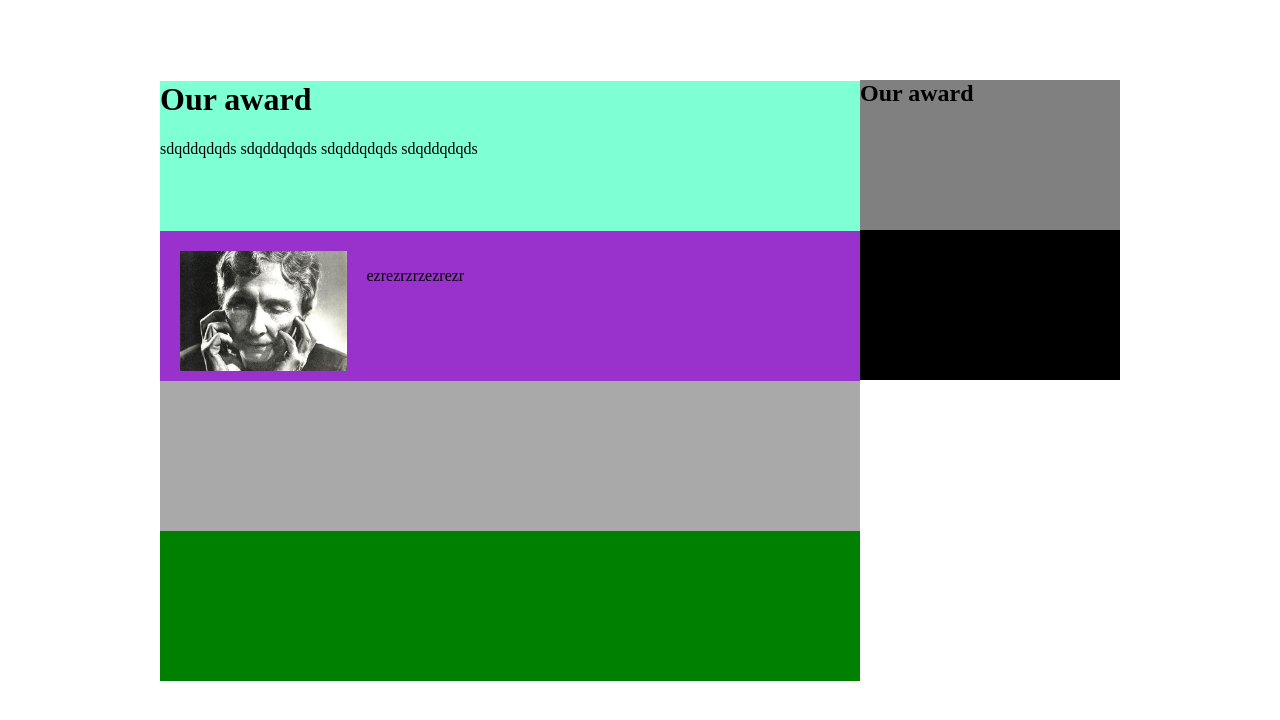
Repository: Luc010/Exercices
Page: HTML CSS/cours/float3.html
These files come from the project's save history. The page is drawn as it stood at one moment and after a run of saves; the edit follows.
The browser window is 1280 px wide. The pictures show the whole page.

Above is the page before, as saved 2019-09-05 11:44:58.

### HTML CSS/cours/float3.html
<!DOCTYPE html>
<html lang="en">
<head>
    <meta charset="UTF-8">
    <meta name="viewport" content="width=device-width, initial-scale=1.0">
    <meta http-equiv="X-UA-Compatible" content="ie=edge">
    <title>Document</title>
    <style>
        body {
            margin: 0;
        }

        .container {
            width: 960px;
            height: 600px;
            margin-left: auto;
            margin-right: auto;
            margin-top: 60px
        }

        .col {
            height: 600px;
            width: 700px;
            float: left;
        }
        .col2 {
            height: 600px;
            width: 260px;
            float: right;
        }
        .bloc,.bloc2,.bloc3,.bloc4,.bloc5,.bloc6{
            height: 150px;
        }
        .bloc{
            background-color: aquamarine;
        }
        .bloc2{
            background-color: darkorchid;
        }
        .bloc3{
            background-color: darkgrey;
        }
        .bloc4{
            background-color: green;
        }
        .bloc5{
            background-color: grey;
        }
        .bloc6{
            background-color: black;
        }
    </style>
</head>
<body>
    <div class="container">
        <div class="col">
            <div class="bloc">
                <h1>Our award</h1>
                <p>sdqddqdqds sdqddqdqds sdqddqdqds sdqddqdqds</p>
            </div>
            <div class="bloc2">
                <div style="padding:20px">
                    <img src="img/hk.jpg" height="120px" style="float: left">
                    <p style="float: left; margin-left:20px">ezrezrzrzezrezr</p>
                </div>
            </div>
            <div class="bloc3">

            </div>
            <div class="bloc4">

            </div>
        </div>
        <div class="col2">
            <div class="bloc5">
                <h2>Our award</h1>
            </div>
            <div class="bloc6">

            </div>
        </div>
    </div>
</body>
</html>

After the next 3 saves:
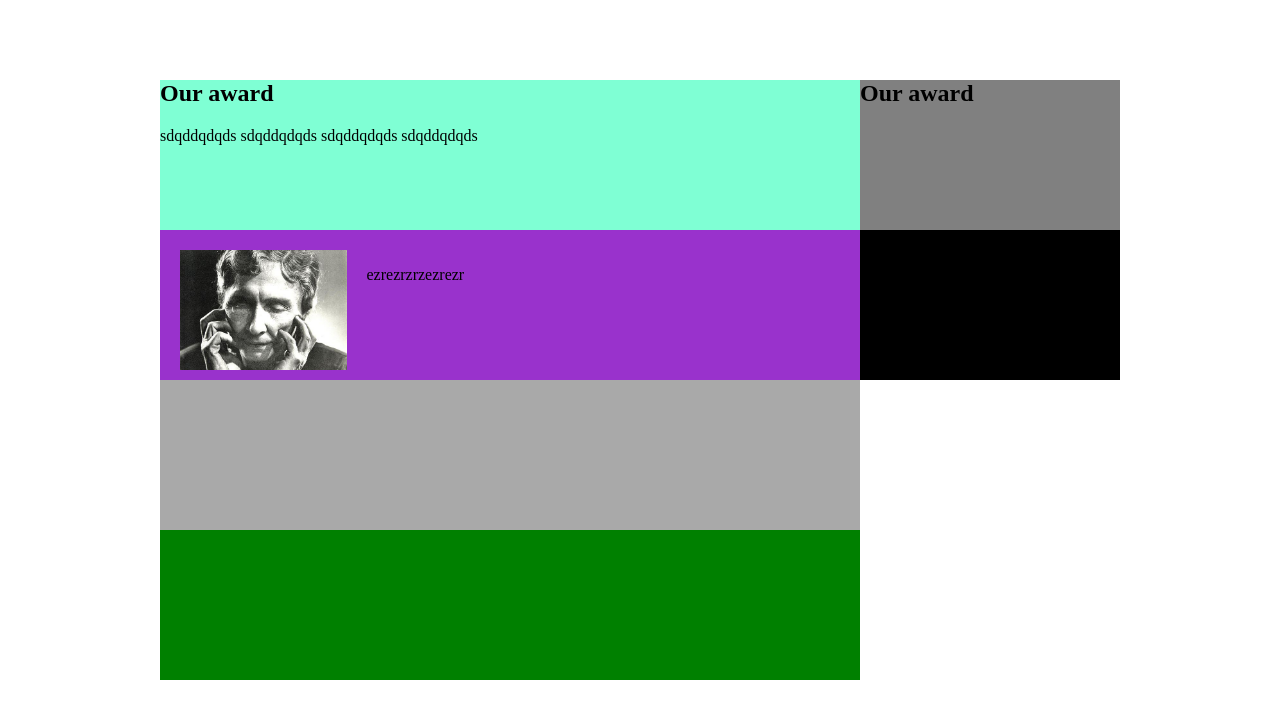
The 3 saves are shown as one change because they came seconds apart.
The last was saved 8 s later.
--- a/HTML CSS/cours/float3.html
+++ b/HTML CSS/cours/float3.html
@@ -55,7 +55,7 @@
     <div class="container">
         <div class="col">
             <div class="bloc">
-                <h1>Our award</h1>
+                <h2>Our award</h2>
                 <p>sdqddqdqds sdqddqdqds sdqddqdqds sdqddqdqds</p>
             </div>
             <div class="bloc2">
@@ -73,7 +73,7 @@
         </div>
         <div class="col2">
             <div class="bloc5">
-                <h2>Our award</h1>
+                <h2>Our award</h2>
             </div>
             <div class="bloc6">
 
